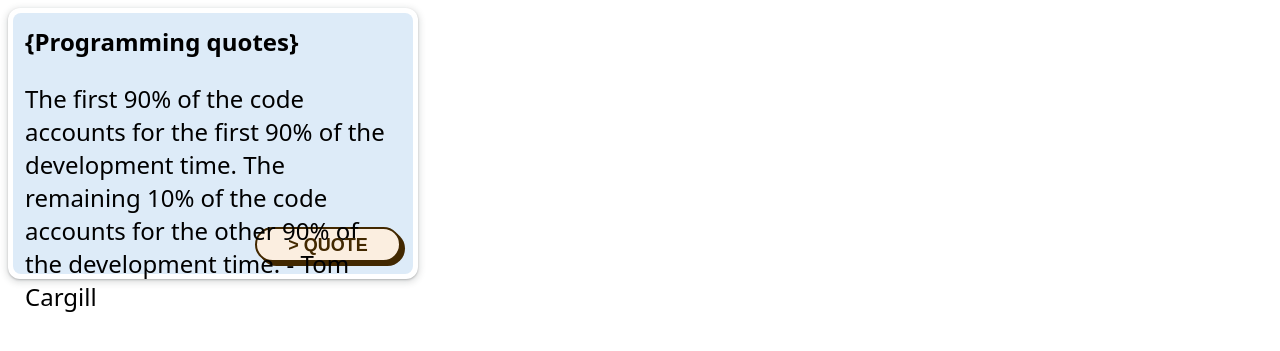
Repository: JasonMorta/programingQuotes-chromeExtension
Page: popup.html
An editor plug-in stored every save of this project. The page is shown before and after the next save, followed by the edit.
The browser window is 1280 px wide. The pictures show the whole page.

Above is the page before, as saved 2023-05-07 14:09:04.

### popup.html
<!DOCTYPE html>
<html lang="en">

<head>
   <meta charset="UTF-8">
<link rel="stylesheet" href="./content.css">
   <meta http-equiv="X-UA-Compatible" content="IE=edge">
   <link rel="stylesheet" href="./buttonStyle.css">
    <script src="./quitesArray.js"></script>

   <meta name="viewport" content="width=device-width, initial-scale=1.0">
   <title>Document</title>

</head>


<body>


 <section class="gee_chat_container">
    <div class="box-container-inner">
      <h1>{Programming quotes}</h1>
      <p  class="para"></p>
      <button class="button-74 getQuote" role="button">> QUOTE</button>
    </div>
  </section>





 <script src="./content.js"></script>
</body>

</html>

### content.css
.gee_chat_container {
    box-shadow: 0 1px 2px 0 rgb(60 64 67 / 30%), 0 2px 6px 2px rgb(60 64 67 / 15%);
    max-width: 550px;
    width: 400px;
    border-radius: 12px;
    margin-top: 0;
    padding: 5px;
    position: relative;
    background-color: #fff;

  }

  .box-container {
      border-color: var(--elevation-border-color);
      box-shadow: 0 1px 2px 0 rgb(60 64 67 / 30%), 0 2px 6px 2px rgb(60 64 67 / 15%);
      max-width: 550px;
      width: 400px;
      border-radius: 12px;
      margin-top: 0;
      padding: 5px;
      position: relative;
      background-color: #fff;
    }

    .box-container-inner {
      padding: 0.75rem;
      border-radius: 8px;
      background-color: #ddebf8;
    }

    .box-container-inner h1 {
        font-family: system-ui, -apple-system, BlinkMacSystemFont, "Segoe UI", Roboto, Ubuntu, "Helvetica Neue", sans-serif;
        margin: 0px;
    }


.para {
    font-size: x-large;
    height: 100px;
    font-family: system-ui, -apple-system, BlinkMacSystemFont, "Segoe UI", Roboto, Ubuntu, "Helvetica Neue", sans-serif;
}

### buttonStyle.css

.button-74 {
    background-color: #fbeee0;
    border: 2px solid #422800;
    border-radius: 30px;
    box-shadow: #422800 4px 4px 0 0;
    color: #422800;
    cursor: pointer;
    font-weight: 600;
    font-size: 18px;
    height: 35px;
    width: 146px;
    padding: 0 15px;
    margin-top: 45px;
    line-height: 50px;
    text-align: center;
    text-decoration: none;
    user-select: none;
    -webkit-user-select: none;
    touch-action: manipulation;
    display: flex;
    flex-direction: column;
    justify-content: center;
    align-items: center;
    margin-left: auto;
}

.button-74:hover {
  background-color: #fff;
}

.button-74:active {
  box-shadow: #422800 2px 2px 0 0;
  transform: translate(2px, 2px);
}

### quitesArray.js
const motivationalQuotes = [
    "The most disastrous thing that you can ever learn is your first programming language. - Alan Kay",
    "You are not a computer programmer, you are a problem solver. - Anonymous",
    "First, solve the problem. Then, write the code. - John Johnson",
    "Code is like humor. When you have to explain it, it’s bad. - Cory House",
    "The sooner you start to code, the longer the program will take. - Roy Carlson",
    "You might not think that programmers are artists, but programming is an extremely creative profession. - John Romero",
    "Programmers are constantly making things more complicated than they need to be because future-proofing is impossible. - Edsger W. Dijkstra",
    "One of the best programming skills you can have is knowing when to walk away for a while. - Oscar Godson",
    "The best code is the code never written. - Anonymous",
    "If you don’t understand how to run an operating system, you shouldn’t be a programmer. - Richard Stallman",
    "It's not at all important to get it right the first time. It's vitally important to get it right the last time. - Andrew Hunt and David Thomas",
    "The goal of a programmer is to simplify the complexity of a problem. - Anonymous",
    "Coding is not just code, that is a live thing to share your life with. - Anonymous",
    "The only way to do great work is to love what you do. - Steve Jobs",
    "Sometimes the best way to learn is to just dive in. - Jon Bonne",
    "The code you write makes you a programmer. The code you delete makes you a good one. - Mario Fusco",
    "Programs must be written for people to read, and only incidentally for machines to execute. - Harold Abelson and Gerald Jay Sussman",
    "We build our computer systems the way we build our cities: over time, without a plan, on top of ruins. - Ellen Ullman",
    "Any fool can write code that a computer can understand. Good programmers write code that humans can understand. - Martin Fowler",
    "To be a programmer is to develop a carefully managed relationship with error. - Ellen Ullman",
    "The best way to learn to code is to code. - Anonymous",
    "Don't worry if it doesn't work right. If everything did, you'd be out of a job. - Mosher's Law of Software Engineering",
    "Sometimes it pays to stay in bed on Monday, rather than spending the rest of the week debugging Monday’s code. - Dan Salomon",
    "There's nothing more permanent than a temporary hack. - Kyle Simpson",
    "The only code worth writing is code that makes your life easier. - Kent Beck",
    "It’s not about what you know, it’s about what you can figure out. - Anonymous",
    "Programming can be fun, so can cryptography; however, they should not be combined. - Kreitzberg and Shneiderman",
    "Walking on water and developing software from a specification are easy if both are frozen. - Edward V. Berard",
    "If you want to be a better programmer, write more code. - Anonymous",
    "Java is to JavaScript as car is to carpet. - Chris Heilmann",
    "Controlling complexity is the essence of computer programming. - Brian Kernighan",
    "Good code is short, simple, and symmetrical - the challenge is figuring out how to get there. - Sean Parent",
    "The most important skill for a programmer is to be able to effectively communicate. - Anonymous",
    "Programs are meant to be read by humans and only incidentally for computers to execute. - Harold Abelson",
    "If you think math is hard, try programming. - Anonymous",
    "Before software can be reusable, it first has to be usable. - Ralph Johnson",
    "If debugging is the process of removing software bugs, then programming must be the process of putting them in. - Edsger Dijkstra",
    "The computer was born to solve problems that did not exist before. - Bill Gates",
    "It's not that I'm so smart, it's just that I stay with problems longer. - Albert Einstein",
    "The best error message is the one that never shows up. - Thomas Fuchs",
    "The best code is no code. - Jeff Atwood",
    "There are only two industries that refer to their customers as 'users'. - Edward Tufte",
    "The trouble with programmers is that you can never tell what a programmer is doing until it’s too late. - Seymour Cray",
    "Talk is cheap. Show me the code. - Linus Torvalds",
    "The difference between theory and practice is that in theory, there is no difference between theory and practice. - Richard Moore",
    "If you optimize everything, you will always be unhappy. - Donald Knuth",
    "A program that produces incorrect results twice as fast is infinitely slower. - John Osterhout",
    "You can’t have great software without a great team, and most software teams behave like dysfunctional families. - Jim McCarthy",
    "If at first you don't succeed, try, try, try again. Then quit. There's no point in being a damn fool about it. - W.C. Fields",
    "If you don’t know what to do, call the debugger. - Anonymous",
    "Make it work, make it right, make it fast. - Kent Beck",
    "I'm not a great programmer; I'm just a good programmer with great habits. - Kent Beck",
    "The best way to predict the future is to invent it. - Alan Kay",
    "Measuring programming progress by lines of code is like measuring aircraft building progress by weight. - Bill Gates",
    "Code never lies, comments sometimes do. - Ron Jeffries",
    "Simplicity is the ultimate sophistication. - Leonardo da Vinci",
    "It's not a bug - it's an undocumented feature. - Anonymous",
    "Programs must be written for people to read, and only incidentally for machines to execute. - Harold Abelson",
    "Computers are good at following instructions, but not at reading your mind. - Donald Knuth",
    "Programming is the art of telling a computer what to do through a series of instructions. - Anonymous",
    "To iterate is human, to recurse divine. - L. Peter Deutsch",
    "Good code is its own best documentation. As you’re about to add a comment, ask yourself, ‘How can I improve the code so that this comment isn’t needed?’ - Steve McConnell",
    "A program is never less than 90% complete, and never more than 95% complete. - Terry Baker",
    "A good programmer is someone who always looks both ways before crossing a one-way street. - Doug Linder",
    "Always code as if the guy who ends up maintaining your code will be a violent psychopath who knows where you live. - Martin Golding",
    "If debugging is the process of removing software bugs, then programming must be the process of putting them in. - Edsger Dijkstra",
    "The only way to do great work is to love what you do. If you haven't found it yet, keep looking. Don't settle. - Steve Jobs",
    "You might not think that programmers are artists, but programming is an extremely creative profession. It's logic-based creativity. - John Romero",
    "If you don’t build your dreams, someone else will hire you to build theirs. - Tony Gaskins",
    "Don’t write better error messages, write code that doesn’t need them. - Jason C. McDonald",
    "If you want to be a good programmer, learn to think outside the box. - Antonis Tsagaris",
    "There are only two hard things in Computer Science: cache invalidation and naming things. - Phil Karlton",
    "Simplicity is the soul of efficiency. - Austin Freeman",
    "The best way to get a project done faster is to start sooner. - Jim Highsmith",
    "Experience is the name everyone gives to their mistakes. - Oscar Wilde",
    "Always code as if the person who ends up maintaining your code is a violent psychopath who knows where you live. - John Woods",
    "If at first you don’t succeed; call it version 1.0. - Anonymous",
    "A language that doesn't affect the way you think about programming is not worth knowing. - Alan J. Perlis",
    "Programmers are constantly making things more complicated than they need to be because future-proofing is impossible. - Edsger W. Dijkstra",
    "The best way to predict the future is to invent it. - Alan Kay",
    "Code is like humor. When you have to explain it, it’s bad. - Cory House",
    "Any fool can write code that a computer can understand. Good programmers write code that humans can understand. - Martin Fowler",
    "The most disastrous thing that you can ever learn is your first programming language. - Alan Kay",
    "Programming isn't about what you know; it's about what you can figure out. - Chris Pine",
    "Programs must be written for people to read, and only incidentally for machines to execute. - Harold Abelson and Gerald Jay Sussman",
    "The best code is no code at all. - Jeff Atwood",
    "If you can't explain it simply, you don't understand it well enough. - Albert Einstein",
    "It's not a bug - it's an undocumented feature. - Anonymous",
    "Every great developer you know got there by solving problems they were unqualified to solve until they actually did it. - Patrick McKenzie",
    "The best thing about a boolean is even if you are wrong, you are only off by a bit. - Anonymous",
    "Programmers are not to be measured by their ingenuity and their logic but by the completeness of their case analysis. - Alan Perlis",
    "Debugging is like being the detective in a crime movie where you are also the murderer. - Filipe Fortes",
    "The first 90% of the code accounts for the first 90% of the development time. The remaining 10% of the code accounts for the other 90% of the development time. - Tom Cargill",
    "Code never lies, comments sometimes do. - Ron Jeffries",
    "Coding is not just code, that is a live thing to serve everyone! - Ming Qian",
    "The only way to learn a new programming language is by writing programs in it. - Dennis Ritchie",
    "Software is a great combination of artistry and engineering. - Bill Gates",
    "Code is a journey, not a destination. - Anonymous",
    "There are two ways to write error-free programs; only the third one works. - Alan J. Perlis"
]

### content.js


let quoteBtn = document.querySelector('.getQuote');
let quote = document.querySelector('.para');
quote.innerHTML = motivationalQuotes[Math.floor(Math.random() * motivationalQuotes.length)];
quoteBtn.addEventListener('click', () => {

    let randomQuote = motivationalQuotes[Math.floor(Math.random() * motivationalQuotes.length)];

    if (randomQuote.length > 140) {
        console.log('randomQuote: ',randomQuote.length)
        quote.style.fontSize = '20px';
    } else {
        quote.style.fontSize = 'x-large';
    }
    quote.innerHTML = randomQuote;
});

After the next save:
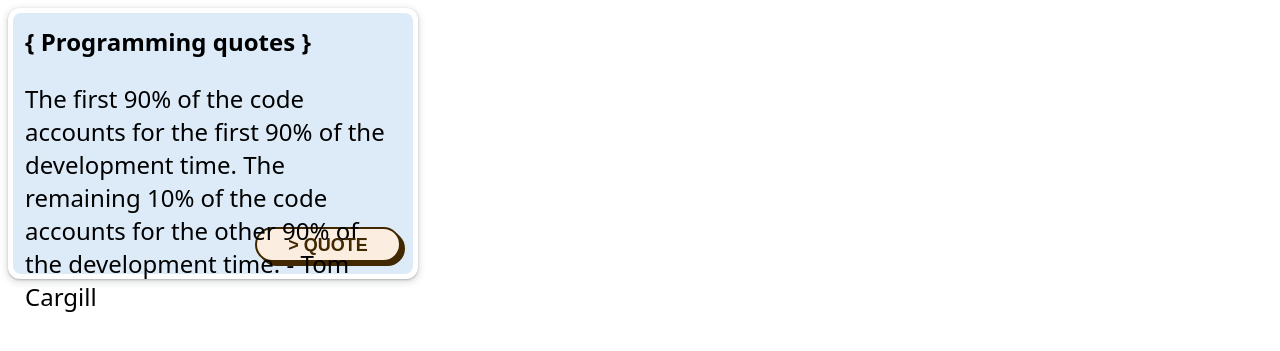
Saved 6 s later.
--- a/popup.html
+++ b/popup.html
@@ -19,7 +19,7 @@
 
  <section class="gee_chat_container">
     <div class="box-container-inner">
-      <h1>{Programming quotes}</h1>
+      <h1>{ Programming quotes }</h1>
       <p  class="para"></p>
       <button class="button-74 getQuote" role="button">> QUOTE</button>
     </div>
